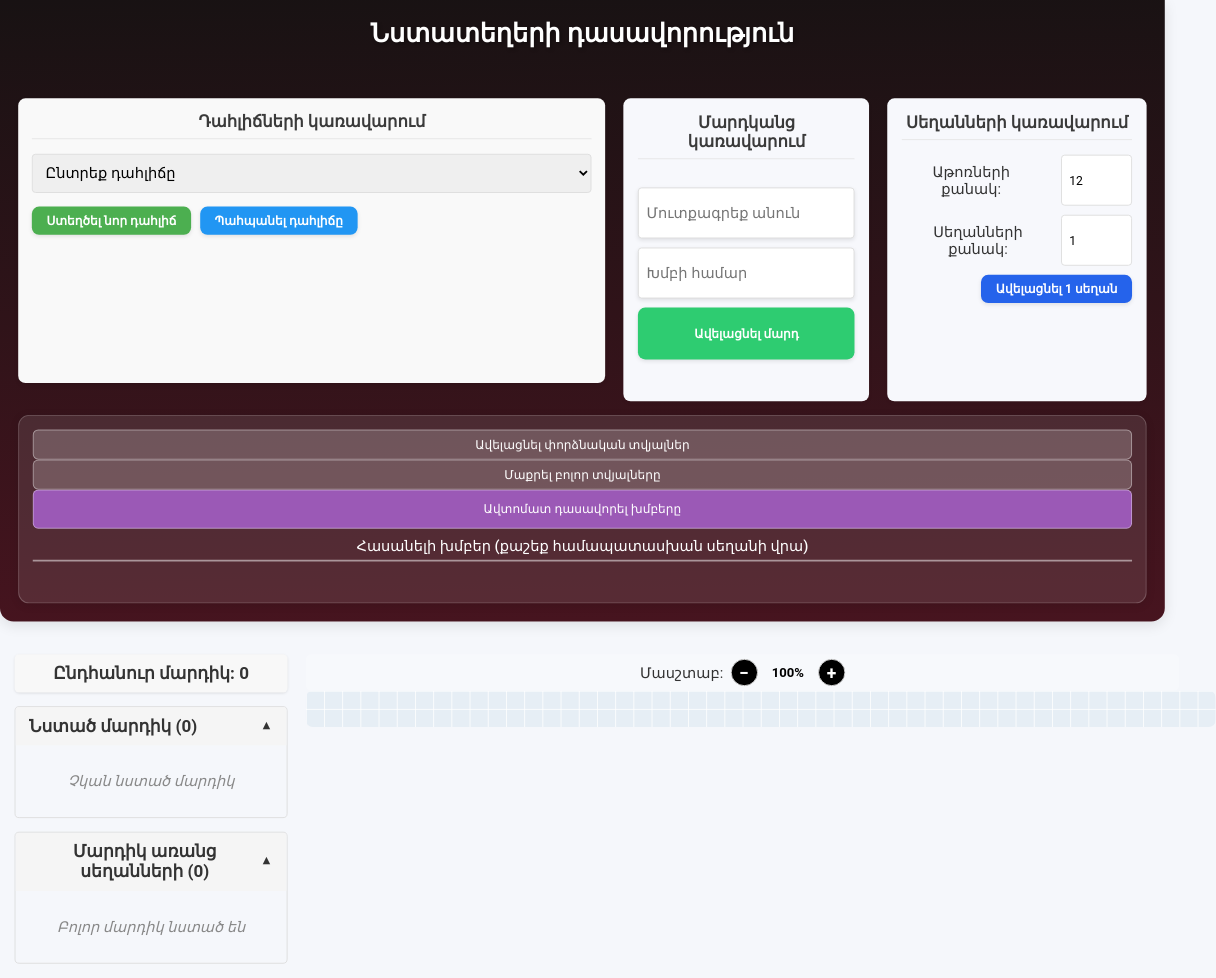
Repository: Vahan-23/Table-V2
Page: /
An editor plug-in stored every save of this project. The page is shown before and after the next save, followed by the edit.
The browser window is 1280 px wide. The page is 1336 px wide, so the pictures cover 1336 px, including what lies to the right of the window. The pictures show the whole page, at 91% of full size.
The project was rebuilt for these pictures with package versions that can differ from the ones it lists, and the page was loaded fresh each time.

Above is the page before, as saved 2025-03-03 18:14:13.

### src/component/App.css
/* Modern styles for the Seating Arrangement app */

* {
  margin: 0;
  padding: 0;
  font-family: 'Roboto', 'Segoe UI', Arial, sans-serif;
}

body {
  background-color: #f5f7fb;
  color: #333;
}

.app-container {
  display: flex;
  flex-direction: column;
  min-height: 100vh;
}

/* Header Styles */
.app-header {
  background: linear-gradient(179deg, #181213 0%, rgb(71 20 31) 100%);
  padding: 20px;
  border-radius: 0 0 15px 15px;
  box-shadow: 0 4px 15px rgba(0, 0, 0, 0.1);
  margin-bottom: 20px;
}

.header-content {
  display: flex;
  justify-content: space-between;
  align-items: center;
  max-width: 1600px;
  margin: 0 auto;
  width: 100%;
  flex-direction: column;
}

.logo {
  color: white;
  font-size: 28px;
  font-weight: bold;
  text-shadow: 2px 2px 4px rgba(0, 0, 0, 0.3);
  margin-bottom: 15px;
}

.header-controls {
  background: rgba(255, 255, 255, 0.15);
  backdrop-filter: blur(10px);
  padding: 15px;
  border-radius: 12px;
  box-shadow: inset 0 1px 1px rgba(255, 255, 255, 0.1), 0 1px 2px rgba(0, 0, 0, 0.1);
  display: flex;
  width: 80%;
}

.control-group {
  display: flex;
  flex-wrap: wrap;
  gap: 1rem;
  width: 100%;
}

.input-group {
  display: flex;
  gap: 10px;
  margin-bottom: 15px;
  align-items: center;
  justify-content: center;
}

.input-field {
  /* flex: 1; */
  padding: 10px 15px;
  border-radius: 8px;
  border: none;
  font-size: 16px;
  box-shadow: 0 2px 5px rgba(0, 0, 0, 0.1);
}

.input-field2 {
  /* flex: 1; */
  padding: 10px 15px;
  border-radius: 8px;
  border: none;
  font-size: 16px;
  box-shadow: 0 2px 5px rgba(0, 0, 0, 0.1);
}

.input-group input,
.table-controls input {
  height: 38px;
  padding: 0.5rem;
  border: 1px solid #ddd;
  border-radius: 4px;
  outline: none;
  transition: border-color 0.2s;
}

.input-group input:focus,
.table-controls input:focus {
  border-color: #2563eb;
}

.group-input-container {
  position: relative;
  flex: 1;
}

.group-dropdown {
  position: absolute;
  top: 100%;
  left: 0;
  width: 100%;
  max-height: 200px;
  overflow-y: auto;
  z-index: 10;
  background-color: white;
  border: none;
  border-radius: 8px;
  box-shadow: 0 4px 12px rgba(0, 0, 0, 0.15);
  margin-top: 5px;
}

.dropdown-item {
  padding: 10px 15px;
  cursor: pointer;
  border-bottom: 1px solid #eee;
  transition: background-color 0.2s;
}

.dropdown-item:hover {
  background-color: #f5f5f5;
}

.dropdown-item-new {
  padding: 10px 15px;
  cursor: pointer;
  background-color: #f0f0f0;
  font-style: italic;
  border-radius: 0 0 8px 8px;
  z-index: 2;
}

.dropdown-empty {
  padding: 10px 15px;
  color: #666;
}

button {
  cursor: pointer;
  border: none;
  border-radius: 4px;
  padding: 0.5rem 1rem;
  font-weight: 500;
  transition: all 0.2s;
}

.primary-btn {
  background-color: #2563eb;
  color: white;
  border: none;
  border-radius: 8px;
  font-weight: bold;
  cursor: pointer;
  box-shadow: 0 2px 5px rgba(0, 0, 0, 0.1);
  transition: transform 0.2s, background-color 0.2s;
}

.primary-btn:hover {
  background-color: #1d4ed8;
}

.add-person-btn {
  /* margin-left: 30px; */
  padding: 21px 20px;
  background-color: #2ecc71;
  color: white;
}

.add-person-btn:hover {
  background-color: #27ae60;
  transform: translateY(-2px);
}

.secondary-btn {
  padding: 8px 15px;
  background-color: rgba(255, 255, 255, 0.2);
  color: white;
  border: 1px solid rgba(255, 255, 255, 0.4);
  border-radius: 6px;
  cursor: pointer;
  transition: background-color 0.2s;
}

.secondary-btn:hover {
  background-color: rgba(255, 255, 255, 0.3);
}

.table-controls {
  display: flex;
  align-items: center;
  gap: 10px;
  margin-bottom: 15px;
  flex-direction: column;
}

.chair-count-input {
  height: 38px;
  padding: 0.5rem;
  border: 1px solid #ddd;
  border-radius: 4px;
  outline: none;
  transition: border-color 0.2s;
}

.add-table-btn {
  flex: 1;
  padding: 21px 15px;
  background-color: #3498db;
  color: white;
}

.add-table-btn:hover {
  background-color: #2980b9;
  transform: translateY(-2px);
}

.create-all-tables-btn {
  flex: 2;
  padding: 13px 15px;
  background-color: #9b59b6;
  color: white;
}

.create-all-tables-btn:hover {
  background-color: #8e44ad;
  transform: translateY(-2px);
}

/* Bottom controls section */
.bottom-controls {
  display: flex;
  justify-content: space-between;
  align-items: center;
}

/* Save controls */
.save-controls {
  display: flex;
  align-items: center;
  gap: 0.5rem;
}

/* Zoom controls */
.zoom-controls {
  display: flex;
  align-items: center;
  gap: 8px;
  background-color: rgba(255, 255, 255, 0.2);
  padding: 5px 10px;
  border-radius: 6px;
  justify-content: center;
}

.zoom-btn {
  width: 30px;
  height: 30px;
  border-radius: 50%;
  border: none;
  background-color: rgba(255, 255, 255, 0.3);
  color: white;
  font-size: 18px;
  font-weight: bold;
  cursor: pointer;
  display: flex;
  justify-content: center;
  align-items: center;
}

.zoom-controls button {
  width: 30px;
  height: 30px;
  display: flex;
  align-items: center;
  justify-content: center;
  background-color: #000000;
  border-radius: 50%;
  font-size: 1.2rem;
  padding: 0;
}

.zoom-controls span {
  font-size: 0.9rem;
  min-width: 50px;
  text-align: center;
}

.zoom-percentage {
  color: rgb(0, 0, 0);
  font-weight: bold;
}

/* Groups Container */
.groups-container {
  background-color: rgba(255, 255, 255, 0.1);
  border-radius: 12px;
  padding: 15px;
  margin-top: 15px;
  box-shadow: 0 2px 10px rgba(0, 0, 0, 0.1);
  border: 1px solid rgba(255, 255, 255, 0.2);
}

.groups-header {
  display: flex;
  flex-direction: column;
  gap: 10px;
}

.groups-header h3 {
  color: #ffffff;
  font-size: 1rem;
  font-weight: 500;
}

.groups-title {
  margin: 0 0 10px 0;
  font-size: 20px;
  color: white;
  font-weight: 600;
  border-bottom: 2px solid rgba(255, 255, 255, 0.5);
  padding-bottom: 5px;
  display: inline-block;
}

.groups-wrapper {
  display: flex;
  flex-wrap: nowrap;
  gap: 12px;
  overflow-x: auto;
  padding: 5px 0;
  max-height: 100px;
  max-width: 100%;
  scrollbar-width: thin;
  scrollbar-color: rgba(255, 255, 255, 0.5) transparent;
}

.groups-wrapper::-webkit-scrollbar {
  height: 6px;
  width: 6px;
}

.groups-wrapper::-webkit-scrollbar-track {
  background: #f1f1f1;
  border-radius: 10px;
}

.groups-wrapper::-webkit-scrollbar-thumb {
  background: #3498db;
  border-radius: 10px;
}

.groups-wrapper::-webkit-scrollbar-thumb:hover {
  background: #2980b9;
}

/* Main Content */
.main-content {
  display: flex;
  flex: 1;
  padding: 1rem;
  gap: 20px;
  max-width: 1600px;
  margin: 0 auto;
  width: 100%;
}

/* Sidebar */
.sidebar {
  width: 300px;
  flex-shrink: 0;
}

.unseated-people-list,
.people-list {
  background-color: white;
  border-radius: 8px;
  padding: 15px;
  margin-top: 20px;
  box-shadow: 0 2px 8px rgba(0, 0, 0, 0.1);
  margin-bottom: 1.5rem;
}

.unseated-people-list h3,
.people-list h3 {
  margin-top: 0;
  margin-bottom: 15px;
  color: #333;
  font-size: 18px;
  font-weight: 600;
  border-bottom: 1px solid #e5e7eb;
  padding-bottom: 0.5rem;
}

.unseated-people-grid,
.people-grid {
  display: grid;
  grid-template-columns: repeat(auto-fill, minmax(120px, 1fr));
  gap: 10px;
}

.unseated-person-card,
.person-card {
  position: relative;
  background-color: #f9f9f9;
  border-radius: 6px;
  padding: 10px;
  box-shadow: 0 1px 3px rgba(0, 0, 0, 0.1);
  font-size: 0.9rem;
  display: flex;
  justify-content: space-between;
  align-items: center;
}

.person-card {
  flex-direction: column;
  align-items: flex-start;
  gap: 0.25rem;
}

.person-name {
  display: block;
  font-weight: bold;
  font-size: 14px;
  margin-bottom: 4px;
}

.person-group {
  display: block;
  font-size: 12px;
  color: #666;
}

.group-tag {
  background-color: #e0e7ff;
  color: #4f46e5;
  border-radius: 4px;
  padding: 0.15rem 0.4rem;
  font-size: 0.75rem;
  font-weight: 500;
}

.delete-btn {
  position: absolute;
  top: 5px;
  right: 5px;
  width: 20px;
  height: 20px;
  border-radius: 50%;
  background-color: #e74c3c;
  color: white;
  border: none;
  display: flex;
  align-items: center;
  justify-content: center;
  font-size: 10px;
  cursor: pointer;
  opacity: 0.7;
  transition: opacity 0.2s;
}

.delete-btn:hover {
  background-color: #fee2e2;
  opacity: 1;
}

/* Tables Area */
.tables-area {
  background-image: linear-gradient(rgba(255, 255, 255, 0.8) 1px, transparent 1px),
    linear-gradient(90deg, rgba(255, 255, 255, 0.8) 1px, transparent 1px);
  background-size: 20px 20px;
  background-color: #e6eef5;
  flex: 1;
  min-height: 600px;
  border-radius: 8px;
  padding: 20px;
  position: relative;
  transform-origin: top left;
  display: flex;
  flex-wrap: wrap;
  gap: 2rem;
  align-content: flex-start;
  min-height: 70vh;
}

/* Table Styles */
.table-container {
  background-color: white;
  border-radius: 10px;
  box-shadow: 0 4px 12px rgba(0, 0, 0, 0.08);
  padding: 1rem;
  width: fit-content;
  margin-bottom: 20px;
  flex-shrink: 0;
}

.table-header {
  display: flex;
  justify-content: space-between;
  align-items: center;
  margin-bottom: 1rem;
}

.table-header h3 {
  font-size: 1rem;
  font-weight: 600;
  color: #374151;
}

.delete-table-btn {
  background-color: #fee2e2;
  color: #ef4444;
  font-size: 0.8rem;
  padding: 0.25rem 0.5rem;
}

.delete-table-btn:hover {
  background-color: #fecaca;
}

.table {
  margin: 20px;
  width: 200px;
  height: 200px;
  border: 50px solid #e7d8c7;
  border-radius: 50%;
  display: flex;
  justify-content: center;
  align-items: center;
  background-image: url('../../public/table.jpg');
  background-size: cover;
}

.table-top {
  position: relative;
  top: -15%;
  left: -15%;
}

.chair {
  position: absolute;
  width: 60px;
  height: 60px;
  background-size: cover;
  background-position: center;
  background-repeat: no-repeat;
  color: white;
  display: flex;
  justify-content: center;
  align-items: center;
  border-radius: 50%;
  font-size: 12px;
  text-align: center;
  cursor: pointer;
  transition: transform 0.2s ease, opacity 0.2s ease;
}

.chair:hover {
  transform: scale(1.1);
  opacity: 0.7;
}

/* New Table Dropzone */
.new-table-dropzone {
  width: 300px;
  height: 200px;
  border: 2px dashed #3498db;
  border-radius: 8px;
  display: flex;
  align-items: center;
  justify-content: center;
  background-color: rgba(52, 152, 219, 0.05);
  transition: all 0.3s;
  margin-bottom: 20px;
}

.new-table-dropzone.hovered {
  background-color: rgba(52, 152, 219, 0.47);
  border-color: #4f46e5;
}

.dropzone-content {
  display: flex;
  flex-direction: column;
  align-items: center;
  justify-content: center;
  text-align: center;
  padding: 20px;
  gap: 1rem;
}

.dropzone-icon {
  font-size: 32px;
  color: #3498db;
  margin-bottom: 10px;
}

.dropzone-text {
  font-size: 16px;
  font-weight: bold;
  color: #333;
}

/* Popup styles */
.popup-overlay {
  position: fixed;
  top: 0;
  left: 0;
  right: 0;
  bottom: 0;
  background-color: rgba(0, 0, 0, 0.5);
  display: flex;
  align-items: center;
  justify-content: center;
  z-index: 1000;
}

.popup {
  background-color: white;
  border-radius: 10px;
  padding: 1.5rem;
  min-width: 300px;
  max-width: 400px;
  max-height: 80vh;
  overflow-y: auto;
  box-shadow: 0 10px 25px rgba(0, 0, 0, 0.2);
}

.popup h3 {
  margin-bottom: 1rem;
  color: #374151;
}

.person-selection-list {
  list-style: none;
  margin-bottom: 1rem;
}

.person-selection-list li {
  padding: 0.75rem;
  border-radius: 6px;
  cursor: pointer;
  transition: background-color 0.2s;
}

.person-selection-list li:hover {
  background-color: #f3f4f6;
}

.close-btn {
  background-color: #e5e7eb;
  color: #4b5563;
  width: 100%;
  padding: 0.75rem;
  border-radius: 6px;
  margin-top: 1rem;
}

.close-btn:hover {
  background-color: #d1d5db;
}

/* Fullscreen popup styles */
.fullscreen-popup {
  position: fixed;
  top: 0;
  left: 0;
  width: 100%;
  height: 100%;
  background-color: rgba(0, 0, 0, 0.7);
  z-index: 1000;
  display: flex;
  justify-content: center;
  align-items: center;
}

.fullscreen-popup-overlay {
  position: absolute;
  top: 0;
  left: 0;
  width: 100%;
  height: 100%;
  background-color: rgba(0, 0, 0, 0.7);
  display: flex;
  justify-content: center;
  align-items: center;
}

.fullscreen-popup-content {
  background-color: white;
  border-radius: 8px;
  padding: 20px;
  max-width: 600px;
  width: 90%;
  max-height: 80vh;
  overflow-y: auto;
  box-shadow: 0 10px 25px rgba(0, 0, 0, 0.2);
}

.fullscreen-popup-content h3 {
  margin-top: 0;
  margin-bottom: 20px;
  text-align: center;
  font-size: 18px;
  color: #333;
}

.person-selection-grid {
  display: grid;
  grid-template-columns: repeat(auto-fill, minmax(180px, 1fr));
  gap: 15px;
  margin-bottom: 20px;
  max-height: 60vh;
  overflow-y: auto;
  padding: 10px;
  margin-top: 20px;
}

.person-selection-item {
  background-color: #f9f9f9;
  border: 1px solid #ddd;
  border-radius: 6px;
  padding: 12px;
  cursor: pointer;
  transition: all 0.2s ease;
  display: flex;
  flex-direction: column;
}

.person-selection-item:hover {
  background-color: #e8f4fd;
  transform: translateY(-2px);
  box-shadow: 0 4px 8px rgba(0, 0, 0, 0.1);
}

.person-selection-name {
  display: block;
  font-weight: bold;
  margin-bottom: 4px;
}

.person-selection-group {
  display: block;
  font-size: 12px;
  color: #666;
}

.no-people-message {
  text-align: center;
  padding: 20px;
  color: #666;
  grid-column: 1 / -1;
}

.close-popup-btn {
  display: block;
  margin: 0 auto;
  background-color: #3498db;
  color: white;
  border: none;
  border-radius: 4px;
  padding: 10px 20px;
  font-size: 16px;
  cursor: pointer;
  transition: background-color 0.2s ease;
}

.close-popup-btn:hover {
  background-color: #2980b9;
}

/* Remove person popup */
.remove-person-popup {
  text-align: center;
}

.popup-title {
  text-align: center;
  margin-bottom: 20px;
}

.person-info-card {
  background-color: #f9f9f9;
  padding: 15px;
  border-radius: 8px;
  margin-bottom: 20px;
  box-shadow: 0 2px 4px rgba(0, 0, 0, 0.1);
}

.person-info-name {
  text-align: center;
  font-size: 18px;
  margin: 0 0 10px 0;
  font-weight: bold;
}

.person-info-group {
  text-align: center;
  margin: 0;
  color: #666;
}

.confirmation-text {
  text-align: center;
  margin-bottom: 20px;
  color: #555;
}

.popup-buttons {
  display: flex;
  justify-content: center;
  gap: 15px;
}

.remove-btn {
  padding: 10px 20px;
  background-color: #e74c3c;
  color: white;
  border: none;
  border-radius: 4px;
  cursor: pointer;
  font-weight: bold;
}

.cancel-btn {
  padding: 10px 20px;
  background-color: #7f8c8d;
  color: white;
  border: none;
  border-radius: 4px;
  cursor: pointer;
}

/* Group card styles */
.group-card {
  flex: 0 0 auto;
  min-width: 100px;
  background-color: white;
  border-radius: 6px;
  padding: 8px 12px;
  box-shadow: 0 1px 3px rgba(0, 0, 0, 0.1);
  cursor: grab;
  transition: transform 0.2s, box-shadow 0.2s;
  border-left: 4px solid #3498db;
}

.group-card:hover {
  transform: translateY(-2px);
  box-shadow: 0 3px 6px rgba(0, 0, 0, 0.15);
}

.group-card.dragging {
  opacity: 0.5;
}

.group-name {
  font-weight: 600;
  font-size: 0.9rem;
  color: #2563eb;
  margin-bottom: 5px;
}

.group-count {
  font-size: 0.8rem;
  color: #6b7280;
  margin-top: 0.25rem;
}

/* Responsive adjustments */
@media (max-width: 992px) {
  .header-content {
    flex-direction: column;
    align-items: flex-start;
    gap: 1rem;
  }

  .header-controls {
    width: 100%;
  }

  .main-content {
    flex-direction: column;
  }

  .sidebar {
    width: 100%;
  }
}


.people-section {
  display: flex;
  flex-direction: column;
  gap: 15px;
}

.total-people-counter {
  background-color: #f8f8f8;
  padding: 10px;
  border-radius: 5px;
  text-align: center;
  box-shadow: 0 1px 3px rgba(0, 0, 0, 0.1);
}

.people-box {
  border: 1px solid #ddd;
  border-radius: 5px;
  overflow: hidden;
}

.people-header {
  display: flex;
  align-items: center;
  justify-content: space-between;
  padding: 10px 15px;
  background-color: #f5f5f5;
  cursor: pointer;
}

.people-header:hover {
  background-color: #e9e9e9;
}

.expand-arrow {
  font-size: 14px;
  transition: transform 0.3s ease;
}

.expand-arrow.expanded {
  transform: rotate(180deg);
}

.people-grid-container {
  max-height: 700px;
  overflow-y: auto;
}

.people-grid {
  display: grid;
  grid-template-columns: repeat(auto-fill, minmax(200px, 1fr));
  gap: 10px;
  padding: 10px;
}

.person-card {
  position: relative;
  padding: 10px;
  border-radius: 4px;
  box-shadow: 0 1px 3px rgba(0, 0, 0, 0.1);
  display: flex;
  flex-direction: column;
}

.person-card.seated {
  background-color: rgba(144, 238, 144, 0.2);
  border-left: 3px solid #4CAF50;
}

.person-card.unseated {
  background-color: rgba(255, 235, 205, 0.2);
  border-left: 3px solid #FFA500;
}

.person-name {
  font-weight: bold;
  margin-bottom: 4px;
}

.person-group {
  font-size: 12px;
  color: #666;
}

.delete-btn {
  position: absolute;
  top: 5px;
  right: 5px;
  width: 20px;
  height: 20px;
  border-radius: 50%;
  background-color: #ff6b6b;
  color: white;
  border: none;
  display: flex;
  align-items: center;
  justify-content: center;
  cursor: pointer;
  font-size: 10px;
}

.delete-btn:hover {
  background-color: #ff5252;
}

.empty-message {
  grid-column: 1 / -1;
  padding: 20px;
  text-align: center;
  color: #888;
  font-style: italic;
}

/* Scrollbar styling */
.people-grid-container::-webkit-scrollbar {
  width: 8px;
}

.people-grid-container::-webkit-scrollbar-track {
  background: #f1f1f1;
  border-radius: 4px;
}

.people-grid-container::-webkit-scrollbar-thumb {
  background: #888;
  border-radius: 4px;
}

.people-grid-container::-webkit-scrollbar-thumb:hover {
  background: #555;
}

/* Split header sections styling */
.header-sections {
  display: flex;
  width: 100%;
  gap: 20px;
  margin-top: 20px;
  justify-content: center;
}

.header-section {
  /* flex: 1 1; */
  display: flex;
  height: auto;
  background-color: #f7f8fc;
  border-radius: 8px;
  padding: 16px;
  box-shadow: 0 2px 5px rgba(0, 0, 0, 0.05);
  flex-direction: column;
  justify-content: flex-start;
}

.section-main-title {
  color: #3a3a3a;
  margin-top: 0;
  margin-bottom: 16px;
  padding-bottom: 8px;
  border-bottom: 1px solid #e5e5e5;
  font-size: 18px;
}

/* People section specific */
.people-section .input-row {
  display: flex;
  gap: 10px;
  margin-bottom: 15px;
  flex-direction: column;
}

.people-section .data-management {
  margin-top: 20px;
}

/* Table section specific */
.tables-section .table-controls-row {
  display: flex;
  align-items: center;
  gap: 10px;
  margin-bottom: 15px;
  flex-direction: column;
  align-items: flex-end;
}

.tables-section .chair-count-container {
  display: flex;
  align-items: center;
  gap: 23px;
  justify-content: center;
}

.table-count-container {
  display: flex;
  align-items: center;
  gap: 8px;
}

.table-count-input {
  width: 60px;
}

.tables-section .chair-count-input {
  width: 60px;
}

.tables-section .zoom-controls {
  display: flex;
  align-items: center;
  margin-top: 20px;
  gap: 10px;
}

.zoom-buttons {
  display: flex;
  align-items: center;
}

.zoom-btn {
  width: 30px;
  height: 30px;
  display: flex;
  align-items: center;
  justify-content: center;
  border-radius: 4px;
  background-color: #f0f0f0;
  border: 1px solid #ddd;
  cursor: pointer;
}

.zoom-percentage {
  margin: 0 8px;
  min-width: 50px;
  text-align: center;
}

.data-buttons {
  display: flex;
  flex-direction: column;
  align-items: stretch;
}

.hall-management {
  background-color: #f9f9f9;
  border-radius: 8px;
  padding: 15px;
  margin-bottom: 20px;
  box-shadow: 0 2px 5px rgba(0, 0, 0, 0.1);
}

.hall-controls {
  display: flex;
  flex-wrap: wrap;
  gap: 15px;
  margin-top: 10px;
}

.hall-dropdown-container {
  flex: 1;
  min-width: 250px;
}

.hall-select {
  width: 100%;
  padding: 10px;
  border-radius: 4px;
  border: 1px solid #ddd;
  font-size: 16px;
}

.hall-buttons {
  display: flex;
  gap: 10px;
  flex-wrap: wrap;
}

.current-hall-info {
  margin-top: 15px;
  padding: 10px;
  background-color: #e8f4fd;
  border-radius: 4px;
}

.hall-form {
  display: flex;
  flex-direction: column;
  gap: 15px;
  margin: 20px 0;
}

.form-group {
  display: flex;
  flex-direction: column;
  gap: 5px;
}

.form-group label {
  font-weight: bold;
}

.create-hall-btn {
  background-color: #4CAF50;
}

.save-hall-btn {
  background-color: #2196F3;
}

.delete-hall-btn {
  background-color: #f44336;
  color: white;
}

.hall-management-container {
  width: 100%;
  margin-bottom: 20px;
}

Loaded but not shown: public/index.html (common file); src/index.js (common file); src/index.css (common file); src/reportWebVitals.js (common file); src/App.css (common file); src/App.js (12 lines, source omitted); src/component/SeatingArrangement.jsx (1373 lines, source omitted)

After the next save:
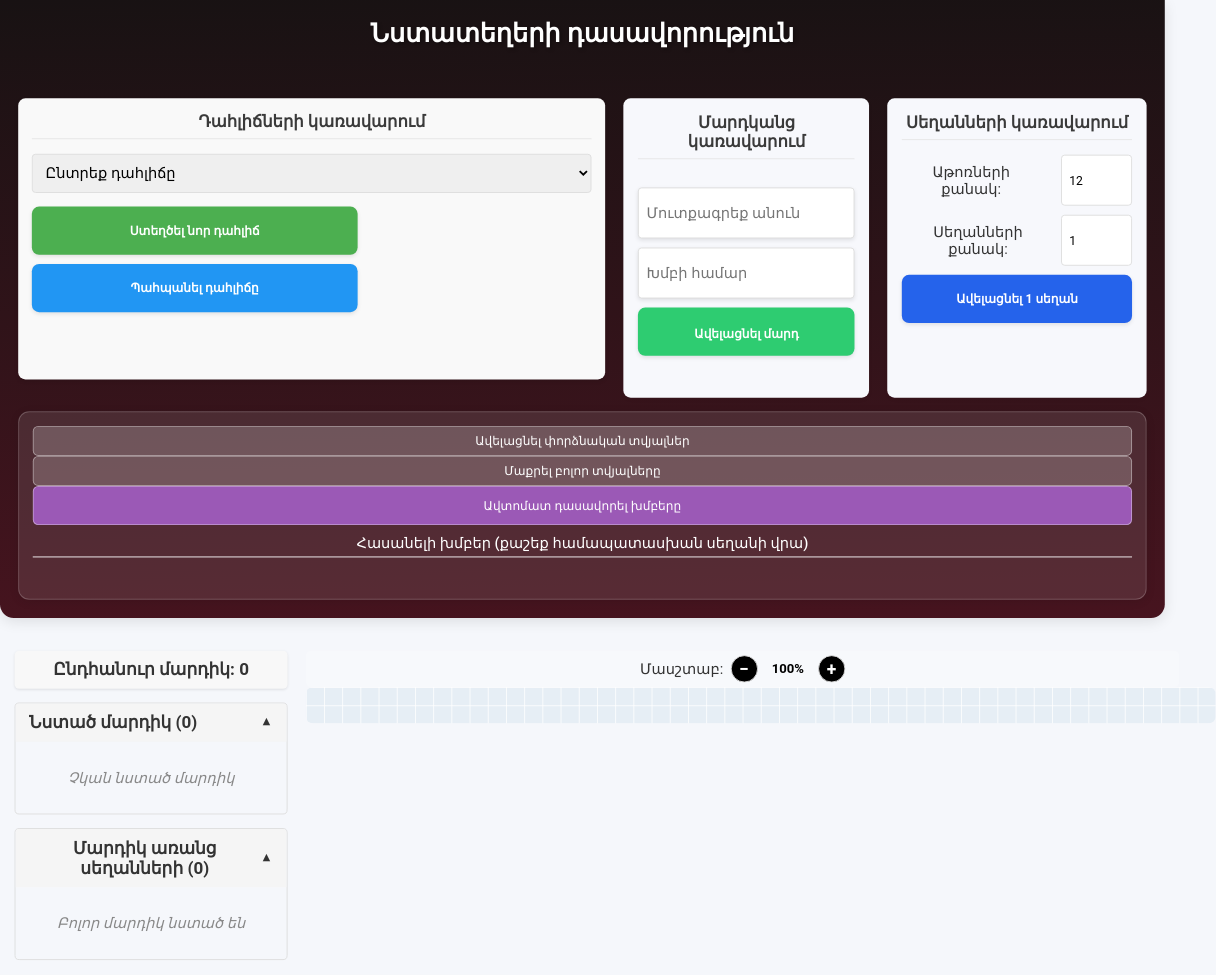
Saved 41 s later.
--- a/src/component/App.css
+++ b/src/component/App.css
@@ -157,6 +157,8 @@ button {
 }
 
 .primary-btn {
+  width: 100%;
+  height: 53px;
   background-color: #2563eb;
   color: white;
   border: none;
